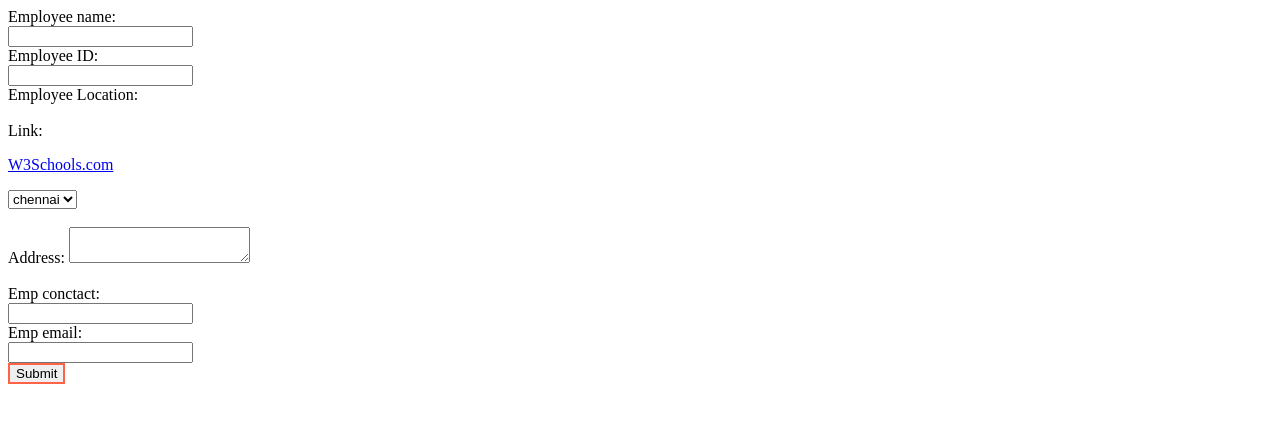
Repository: Apoorvasuswaram/cts
Page: appu/WebContent/b.html
These files come from the project's save history. The page is drawn as it stood at one moment and after the next save; the edit follows.
The browser window is 1280 px wide. The pictures show the whole page.

Above is the page before, as saved 2020-01-18 11:32:16.

### appu/WebContent/b.html
<!DOCTYPE html>
<html>
<head>
<meta charset="ISO-8859-1">
<title>Insert title here</title>
</head>
<body>
<form>

 <form>

  Employee name:<br>
  <input type="text" name="firstname"><br>

  Employee ID:<br>
  <input type="text" name="Id"><br>
  Employee Location:<br><br>
Link:<br>  <p><a href="https://www.w3schools.com">W3Schools.com</a></p>

<select name = "dropdown">
            <option value = "chennai" selected>chennai</option>
            <option value = "hyderabad">hyd</option>
            <option value = "kurnool">kurnool</option>
         </select>
<br>
<br>
  Address:
  <textarea></textarea><br><br>
  Emp conctact:<br>
  <input type="text" name="contact"><br>
  Emp email:<br>
  <input type="text" name="mail"><br>
<input type="submit" value="Submit" style="border:2px solid Tomato;"></form>

</body>
</html>

After the next save:
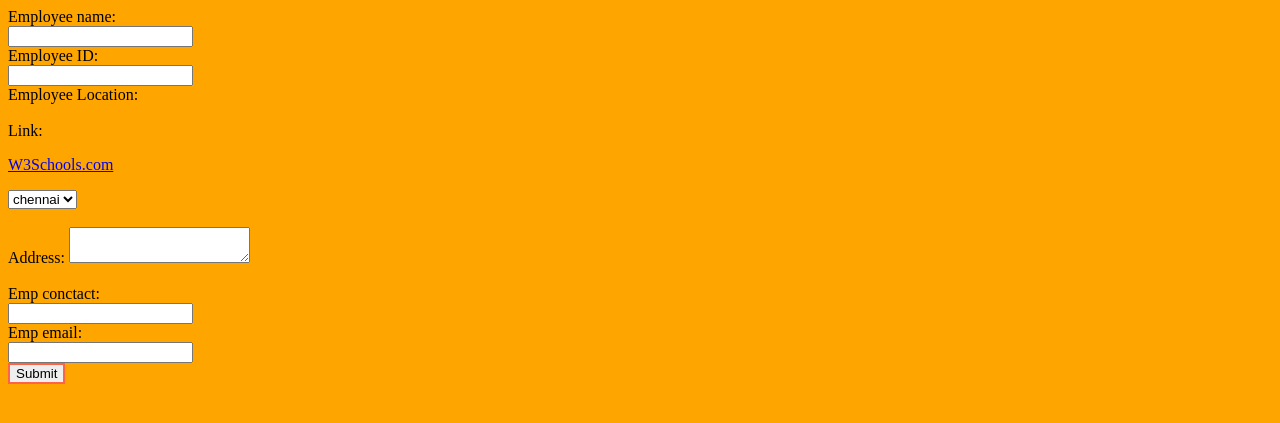
Saved 59 s later.
--- a/appu/WebContent/b.html
+++ b/appu/WebContent/b.html
@@ -4,10 +4,8 @@
 <meta charset="ISO-8859-1">
 <title>Insert title here</title>
 </head>
-<body>
+<body bgcolor="orange">
 <form>
-
- <form>
 
   Employee name:<br>
   <input type="text" name="firstname"><br>
